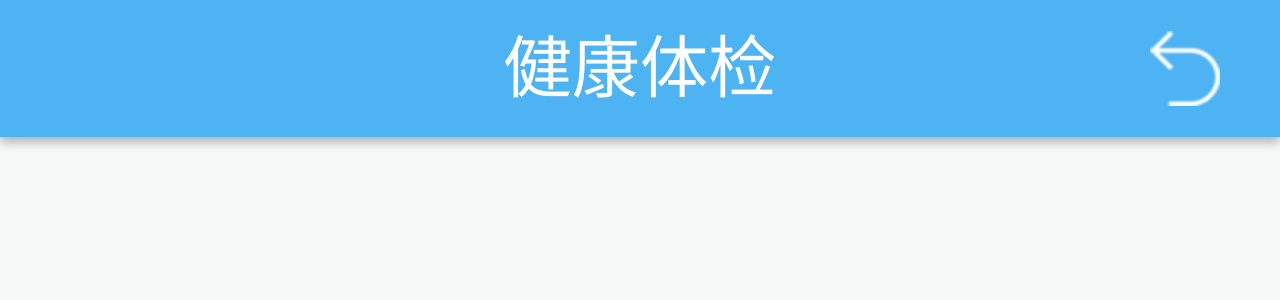
Repository: wangbiaozy/8.24
Page: index_health.html
These files come from the project's save history. The page is drawn as it stood at one moment and after the next save; the edit follows.
The browser window is 1280 px wide. The pictures show the whole page.

Above is the page before, as saved 2018-08-23 20:03:48.

### index_health.html
<!DOCTYPE html>
<html lang="en">
<head>
    <meta charset="UTF-8">
    <meta name="viewport"
          content="width=device-width, user-scalable=no, initial-scale=1.0, maximum-scale=1.0, minimum-scale=1.0">
    <title>Title</title>
    <link rel="stylesheet" href="css/reset.min.css">
    <link rel="stylesheet/less" href="css/styles_test.less">
    <script src="js/less-1.7.0.min.js"></script>
</head>
<body>
    <header>
        <p>健康体检</p>
        <a class="back" href="javascript:void(0)"></a>
    </header>
</body>
</html>
<script src="js/jquery-1.10.1.min.js"></script>
<script src="js/index.js"></script>

### css/reset.min.css
@charset "utf-8";
/*默认样式清除和初始化*/
body,h1,h2,h3,h4,h5,h6,hr,p,blockquote,dl,dt,dd,ul,ol,li,button,input,textarea,th,td{margin:0;padding:0}body{font-size:12px;font-style:normal;font-family:"\5FAE\8F6F\96C5\9ED1",Helvetica,sans-serif}small{font-size:12px}h1{font-size:18px}h2{font-size:16px}h3{font-size:14px}h4,h5,h6{font-size:100%}ul,ol{list-style:none}a{text-decoration:none;background-color:transparent}a:hover,a:active{outline-width:0;text-decoration:none}table{border-collapse:collapse;border-spacing:0}hr{border:0;height:1px}img{border-style:none}img:not([src]){display:none}svg:not(:root){overflow:hidden}html{-webkit-touch-callout:none;-webkit-text-size-adjust:100%}input,textarea,button,a{-webkit-tap-highlight-color:rgba(0,0,0,0)}article,aside,details,figcaption,figure,footer,header,main,menu,nav,section,summary{display:block}audio,canvas,progress,video{display:inline-block}audio:not([controls]),video:not([controls]){display:none;height:0}progress{vertical-align:baseline}mark{background-color:#ff0;color:#000}sub,sup{position:relative;font-size:75%;line-height:0;vertical-align:baseline}sub{bottom:-0.25em}sup{top:-0.5em}button,input,select,textarea{font-size:100%;outline:0}button,input{overflow:visible}button,select{text-transform:none}textarea{overflow:auto}button,html [type="button"],[type="reset"],[type="submit"]{-webkit-appearance:button}button::-moz-focus-inner,[type="button"]::-moz-focus-inner,[type="reset"]::-moz-focus-inner,[type="submit"]::-moz-focus-inner{border-style:none;padding:0}button:-moz-focusring,[type="button"]:-moz-focusring,[type="reset"]:-moz-focusring,[type="submit"]:-moz-focusring{outline:1px dotted ButtonText}[type="checkbox"],[type="radio"]{box-sizing:border-box;padding:0}[type="number"]::-webkit-inner-spin-button,[type="number"]::-webkit-outer-spin-button{height:auto}[type="search"]{-webkit-appearance:textfield;outline-offset:-2px}[type="search"]::-webkit-search-cancel-button,[type="search"]::-webkit-search-decoration{-webkit-appearance:none}::-webkit-input-placeholder{color:inherit;opacity:.54}::-webkit-file-upload-button{-webkit-appearance:button;font:inherit}.clear:after{display:block;height:0;content:"";clear:both}
*{ -webkit-tap-highlight-color: rgba(0,0,0,0);-webkit-tap-highlight-color: transparent; /* For some Androids */ }

### js/index.js
(function (doc, win) {
    var docEl = doc.documentElement,
        resizeEvt = 'orientationchange' in window ? 'orientationchange' : 'resize',
        recalc = function () {
            var clientWidth = docEl.clientWidth;
            if (!clientWidth) return;
            docEl.style.fontSize = 100 * (clientWidth / 750) + 'px';
        };
    if (!doc.addEventListener) return;
    win.addEventListener(resizeEvt, recalc, false);
    doc.addEventListener('DOMContentLoaded', recalc, false);
})(document, window);
$(function () {

    //首页一键体检
    $('#beforeBtn').on('click',function(){
        $('.before').hide();
        $('.check').show();
        $('.progress').circleProgress({
            value: 1,
            size: 115,
            startAngle: Math.PI/2,
            thickness: 14,
            animation: {duration:12000},//进度条完成时间（ms）
            fill: {
                gradient: ["#32edfd"]
            },
            //circle-animation-start：	function(event)-event - jQ事件
            //circle-animation-progress：	function(event, animationProgress, stepValue)：-event - jQ事件 animationProgress - 从0.0到1.0stepValue - 当前的步长值，从0.0到value
            //circle-animation-end:	function(event)：-event - jQ事件
        }).on('circle-animation-progress', function (event, progress, stepValue) {
                $(this).find('span').html(parseInt(stepValue.toFixed(2) * 100));
        }).on('circle-animation-end',function(){
            $('.message').removeClass('move');
            stop();
            $('.check').hide();
            $('.result').show();
        });
        start();
        messageMove();
    });

    //远程测速
    (function () {
        try {
            $('.progress_1').circleProgress({
                value: 1,
                size: 150,
                startAngle: Math.PI / 2,
                thickness: 14,
                animation: { duration: 24000 },//进度条完成时间（ms）
                fill: {
                    gradient: ["#32edfd"]
                },
            }).on('circle-animation-progress', function (event, progress, stepValue) {
                $(this).find('span').html(parseInt(stepValue.toFixed(2) * 100));
            }).on('circle-animation-end', function () {
                stop();
                $('.result_1').show();
                /* if(success){
                    $('.result_1').show();
                }else{
                    $('.result_2').show();
                } */
            });
            start();
        } catch{ }
    })();

    //优化按钮显示优化弹窗
    $('#showOptimizeTcBtn').on('click',function(){
        $('.tc_optimize').show();
    });


    //检查项滚动
    var messageInnerText = '1111';
    function messageScroll(){
        $('.message').children('li:first-child').remove();
        $('.message').append('<li>'+messageInnerText+'</li>');
        if(!$('.message').hasClass('move')){
            window.clearInterval(timer);
        }
    }
    function messageMove(){
        timer = window.setInterval(messageScroll,500);
    }


    //检测时间
    var hour,minute,second;
    hour=minute=second=0;
    var millisecond=0;
    var int;
    function start(){
        int=setInterval(times,50);
    }
    function times(){
        millisecond=millisecond+50;
        if(millisecond>=1000){
            millisecond=0;
            second=second+1;
        }
        if(second>=60){
            second=0;
            minute=minute+1;
        }

        if(minute>=60){
            minute=0;
            hour=hour+1;
        }
      $('#timeText').text((hour<10?"0"+hour:hour)+':'+(minute<10?"0"+minute:minute)+':'+(second<10?"0"+second:second));
    }
    function stop(){
        window.clearInterval(int);
    }


    //查看详细清单下拉
    $('.arrow').on('click',function(){
        var $this = $(this),
            $listBox = $(this).siblings('div');
        $listBox.slideToggle("normal",function(){
            if($listBox.css('display') === 'block'){
                $this.addClass('act');
                $this.siblings('p').css('opacity','0');
            }else{
                $this.removeClass('act');
                $this.siblings('p').css('opacity','1');
            }
        });
    });



    //网关重启 WIFI开关 LED指示灯开关 查看黑名单
    $('#controlBox').on('click','a',function(){
        var $this = $(this);
        if($this.hasClass('off')){
            $this.removeClass('off');
        }else{
            $this.addClass('off');
        }
    });

    $('#look_blacklist').on('click',function(){
        $('.blacklistModel').show();
    });

    //返回
    $('.back').on('click',function(){
        window.history.go(-1);
    });
    //关闭弹窗
    $('.close').on('click',function(){
        $(this).parent().hide();
        hideMask();
    });
    //显示遮罩层
    function showMask(){
        $("#mask").css("height",$(document).height());
        $("#mask").css("width",$(document).width());
        $("#mask").show();
        $('body').css('position','fixed');
    }
    //隐藏遮罩层
    function hideMask(){
        $("#mask").hide();
        $('body').css('position','unset');
    }
});

Loaded but not shown: js/less-1.7.0.min.js (library); js/jquery-1.10.1.min.js (library)

After the next save:
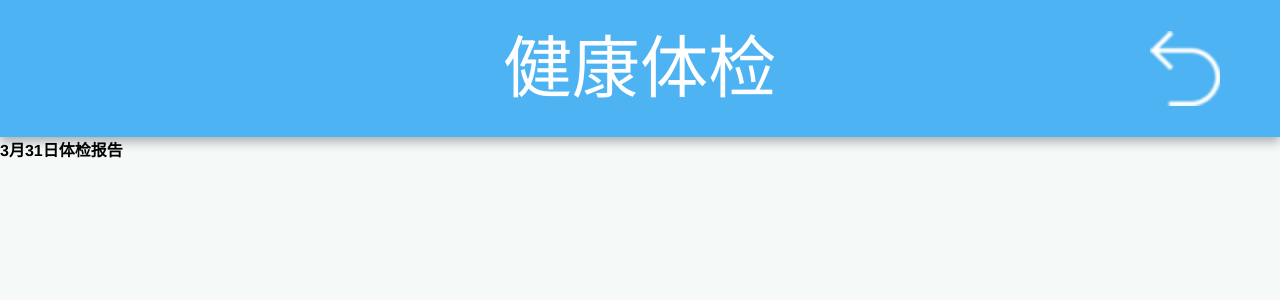
Saved 16 min 27 s later.
--- a/index_health.html
+++ b/index_health.html
@@ -14,6 +14,13 @@
         <p>健康体检</p>
         <a class="back" href="javascript:void(0)"></a>
     </header>
+    <main>
+        <h2>
+            <a href=""></a>
+            <p><span>3月31日</span>体检报告</p>
+            <a href=""></a>
+        </h2>
+    </main>
 </body>
 </html>
 <script src="js/jquery-1.10.1.min.js"></script>
